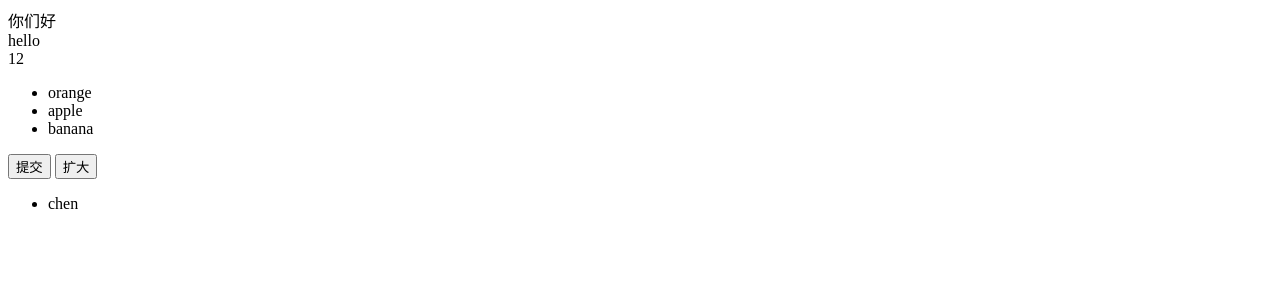
Repository: chenguocan/Vue_component
Page: props属性值类型.html
The author's editor kept a copy of each file at every save. The page is drawn from the files as they stood at one save, then again after the next save.
The browser window is 1280 px wide. The pictures show the whole page.

Above is the page before, as saved 2020-07-23 15:42:01.

### props属性值类型.html
<!DOCTYPE html>
<html lang="en">
  <head>
    <meta charset="UTF-8" />
    <meta name="viewport" content="width=device-width, initial-scale=1.0" />
    <title>Document</title>
  </head>
  <body>
    <div id="app">
      <div v-bind:style="{fontSize:fontSize+'px'}">你们好</div>
      <item-com
        :title="str"
        :num="12"
        :arr="arr"
        :people="peo"
        v-on:enlarge-text="handle"
      ></item-com>
    </div>
  </body>
  <script src="./js/vue.js"></script>
  <script>
    Vue.component("item-com", {
      props: ["title", "num", "arr", "people"],
      template: `
      <div>{{title}}
      <div>{{num}}</div>
      <ul>
         <li v-for="(item,index) in arr">{{item}}</li>
      </ul>
      <button @click="arr.push('lemon')">提交</button>
      <button v-on:click='$emit("enlarge-text")''>扩大</button>
      <ul>
      <li>
         {{people.name}}
      </li>
      </ul>
      </div>

        `,
    });

    let app = new Vue({
      el: "#app",
      data: {
        str: "hello",
        num: "12",
        arr: ["orange", "apple", "banana"],
        peo: {
          name: "chen",
          age: "18",
          profession: "doctor",
          fontSize: "10",
        },
        handle: function () {
          this.fontsize += 2;
        },
      },
    });
  </script>
</html>

Loaded but not shown: js/vue.js (library)

After the next save:
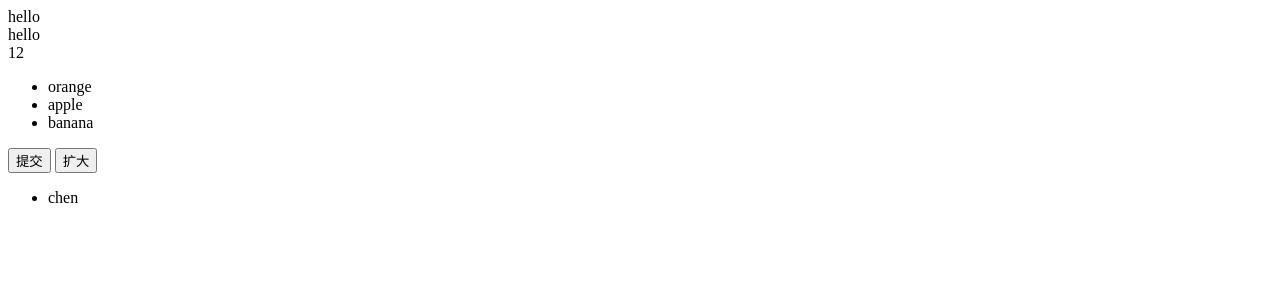
Saved 30 s later.
--- a/props属性值类型.html
+++ b/props属性值类型.html
@@ -7,7 +7,7 @@
   </head>
   <body>
     <div id="app">
-      <div v-bind:style="{fontSize:fontSize+'px'}">你们好</div>
+      <div v-bind:style="{fontSize:fontSize+'px'}">{{str}}</div>
       <item-com
         :title="str"
         :num="12"
